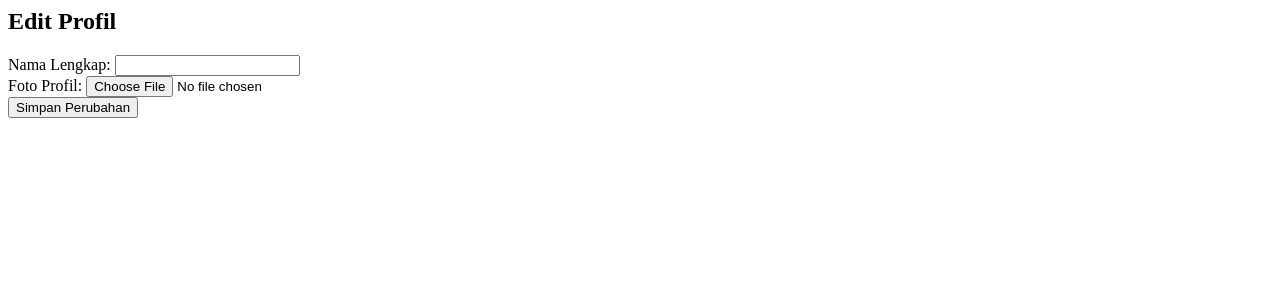
Repository: zhr-nabila/FloTime
Page: http://localhost/profile.php
An editor plug-in stored every save of this project. The page is shown before and after the next save, followed by the edit.
The browser window is 1280 px wide. The pictures show the whole page.
The page is run by PHP 8.4 with error messages shown; the project is at /var/www/html/. The session is filled in as if someone had signed in: {"email": "yaya@gmail.com", "status": "login", "user_id": 2}. Other server files are loaded and not shown. The database holds what the project's SQL file puts in it.

Above is the page before, as saved 2025-04-29 17:46:38.

### profile.php
<?php
session_start();
require 'koneksi.php';

if (!isset($_SESSION['status']) || $_SESSION['status'] != "login") {
    header("Location: login.php");
    exit();
}

$user_id = $_SESSION['user_id'];
$email = $_SESSION['email'];

// Ambil data user
$query = $conn->query("SELECT * FROM users WHERE id = $user_id");
$user = $query->fetch_assoc();
?>

<h2>Edit Profil</h2>
<form action="update_profile.php" method="POST" enctype="multipart/form-data">
    <div class="mb-3">
        <label for="name">Nama Lengkap:</label>
        <input type="text" class="form-control" name="name" id="name" value="<?= htmlspecialchars($name ?? '') ?>" required>
    </div>
    <div class="mb-3">
        <label for="photo">Foto Profil:</label>
        <input type="file" class="form-control" name="photo" id="photo" accept="image/*">
    </div>
    <button type="submit" class="btn btn-primary">Simpan Perubahan</button>
</form>

### koneksi.php
<?php
$host = "localhost";
$user = "root";
$pass = "";
$db = "todolist";

$conn = mysqli_connect($host, $user, $pass, $db);

if (!$conn) {
    die("Koneksi gagal: " . mysqli_connect_error());
}

### todolist.sql (the tables this page reads)
CREATE TABLE `users` (
  `id` int(11) NOT NULL,
  `email` varchar(255) NOT NULL,
  `name` varchar(100) DEFAULT NULL,
  `password` varchar(255) NOT NULL,
  `photo` varchar(255) DEFAULT NULL
) ENGINE=InnoDB DEFAULT CHARSET=utf8mb4 COLLATE=utf8mb4_general_ci;

INSERT INTO `users` (`id`, `email`, `name`, `password`, `photo`) VALUES
(2, 'yaya@gmail.com', 'pacar jake', '1234', '682bf641de05a.jpeg');

ALTER TABLE `users`
  ADD PRIMARY KEY (`id`),
  ADD UNIQUE KEY `email` (`email`);

ALTER TABLE `users`
  MODIFY `id` int(11) NOT NULL AUTO_INCREMENT, AUTO_INCREMENT=4;

After the next save:
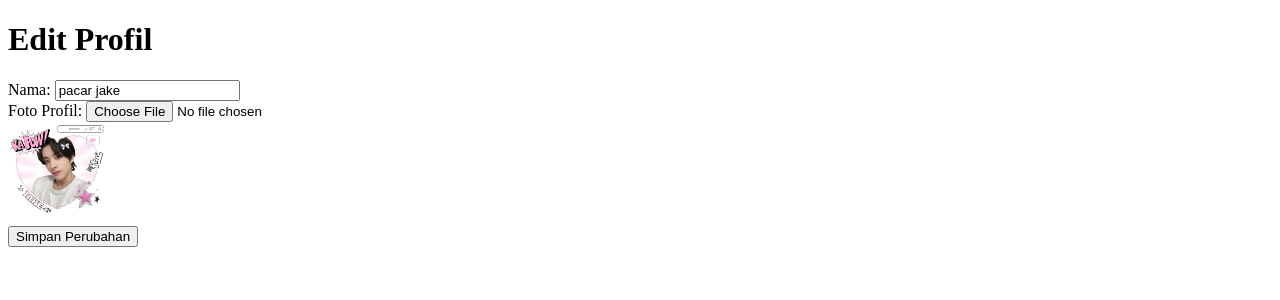
Saved 4 min 53 s later.
--- a/profile.php
+++ b/profile.php
@@ -2,28 +2,52 @@
 session_start();
 require 'koneksi.php';
 
-if (!isset($_SESSION['status']) || $_SESSION['status'] != "login") {
+if (!isset($_SESSION['user_id'])) {
     header("Location: login.php");
     exit();
 }
 
 $user_id = $_SESSION['user_id'];
-$email = $_SESSION['email'];
 
-// Ambil data user
-$query = $conn->query("SELECT * FROM users WHERE id = $user_id");
-$user = $query->fetch_assoc();
+// Ambil data user dari database
+$sql = "SELECT * FROM users WHERE id = ?";
+$stmt = $conn->prepare($sql);
+$stmt->bind_param("i", $user_id);
+$stmt->execute();
+$result = $stmt->get_result();
+$user = $result->fetch_assoc();
+$stmt->close();
+
+$name = $user['name'];
+$photo = $user['photo'];
+
+// Cek jika ada foto, maka tampilkan gambar
+$photoPath = $photo ? "uploads/" . $photo : "default-avatar.jpg"; // Jika tidak ada foto, tampilkan default avatar
 ?>
 
-<h2>Edit Profil</h2>
-<form action="update_profile.php" method="POST" enctype="multipart/form-data">
-    <div class="mb-3">
-        <label for="name">Nama Lengkap:</label>
-        <input type="text" class="form-control" name="name" id="name" value="<?= htmlspecialchars($name ?? '') ?>" required>
-    </div>
-    <div class="mb-3">
-        <label for="photo">Foto Profil:</label>
-        <input type="file" class="form-control" name="photo" id="photo" accept="image/*">
-    </div>
-    <button type="submit" class="btn btn-primary">Simpan Perubahan</button>
-</form>
+<!DOCTYPE html>
+<html lang="en">
+<head>
+    <meta charset="UTF-8">
+    <title>Edit Profil</title>
+</head>
+<body>
+    <h1>Edit Profil</h1>
+    <form action="update_profile.php" method="POST" enctype="multipart/form-data">
+        <div>
+            <label for="name">Nama:</label>
+            <input type="text" name="name" id="name" value="<?= htmlspecialchars($name) ?>" required>
+        </div>
+        <div>
+            <label for="photo">Foto Profil:</label>
+            <input type="file" name="photo" id="photo">
+            <br>
+            <!-- Menampilkan foto profil -->
+            <img src="<?= $photoPath ?>" alt="Foto Profil" width="100">
+        </div>
+        <div>
+            <button type="submit">Simpan Perubahan</button>
+        </div>
+    </form>
+</body>
+</html>
